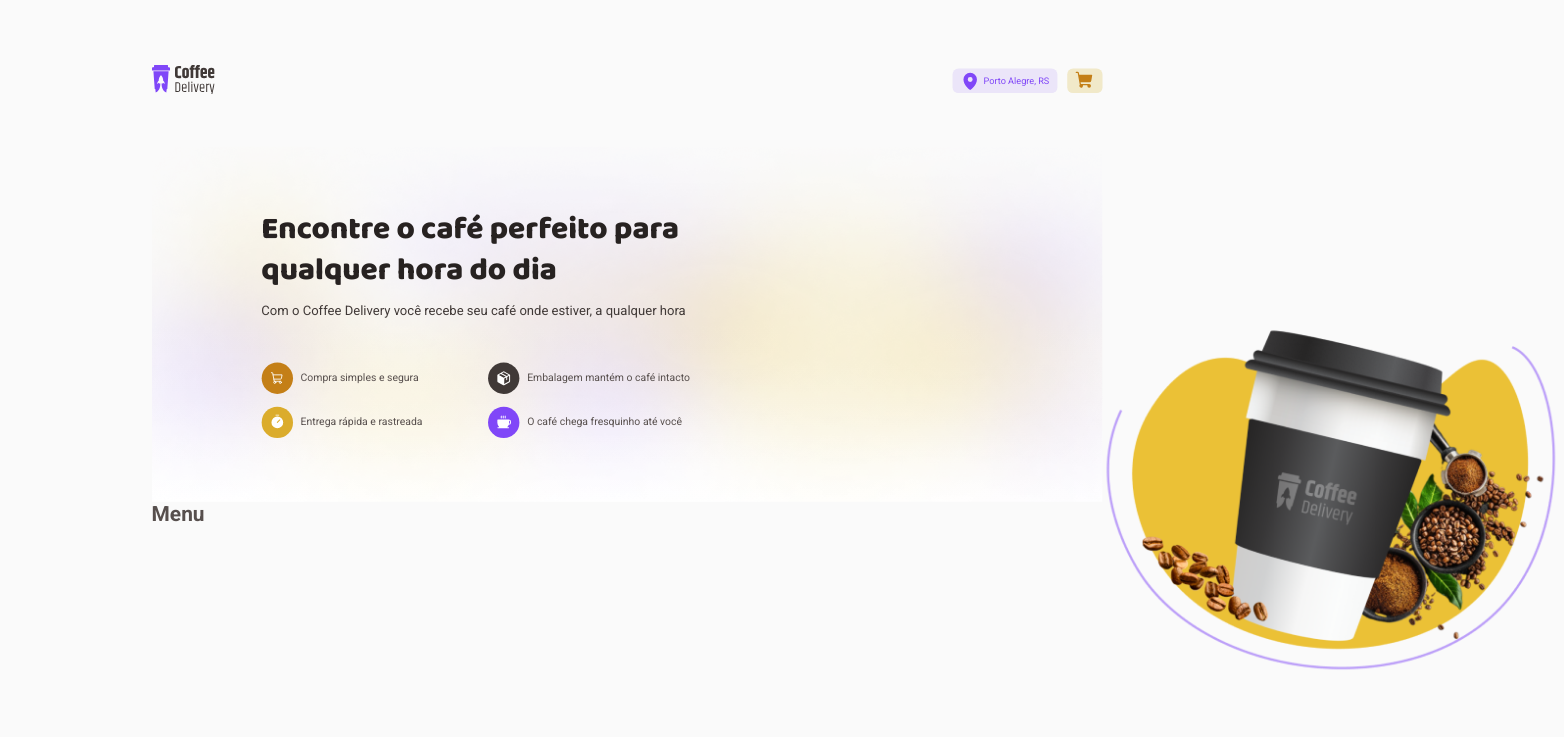
Repository: guilhermecardoso93/react-coffee-delivery
Page: /
An editor plug-in stored every save of this project. The page is shown before and after the next save, followed by the edit.
The browser window is 1280 px wide. The page is 1596 px wide, then 1358 px, so the pictures cover 1596 px, including what lies to the right of the window. The pictures show the whole page, at 98% of full size.
The project was rebuilt for these pictures with package versions that can differ from the ones it lists, and the page was loaded fresh each time. Also part of the build but not shown: vite.config.ts, src/pages/CompleteOrder/styles.ts, src/pages/CompleteOrder/index.tsx.

Above is the page before, as saved 2022-07-18 07:55:04.

### index.html
<!DOCTYPE html>
<html lang="en">
  <head>
    <meta charset="UTF-8" />
    <link rel="icon" type="image/svg+xml" href="/src/assets/favicon.ico" />
    <link rel="preconnect" href="https://fonts.googleapis.com" />
    <link rel="preconnect" href="https://fonts.gstatic.com" crossorigin />
    <meta name="viewport" content="width=device-width, initial-scale=1.0" />
    <link
      href="https://fonts.googleapis.com/css2?family=Baloo+2:wght@700;800&family=Roboto:wght@400;500;700&display=swap"
      rel="stylesheet"
    />
    <title>Coffee Delivery - Rocketseat</title>
  </head>
  <body>
    <div id="root"></div>
    <script type="module" src="/src/main.tsx"></script>
  </body>
</html>

### src/App.tsx
import { ThemeProvider } from "styled-components";
import { defaultTheme } from "./styles/themes/default";
import { GlobalStyle } from "./styles/global";
import { Router } from "./Router";
import { BrowserRouter } from "react-router-dom";

export function App() {
  return (
    <ThemeProvider theme={defaultTheme}>
      <BrowserRouter>
        <Router />
        <GlobalStyle />
      </BrowserRouter>
    </ThemeProvider>
  );
}

### src/styles/themes/default.ts
export const defaultTheme = {
  colors: {
    "white": "#FFFFFF",
    "base-background": "#FAFAFA",
    "base-card": "#F3F2F2",
    "base-input": "#EDEDED",
    "base-button": "#E6E5E5",
    "base-hover": "#D7D5D5",
    "base-label": "#8D8686",
    "base-text": "#574F4D",
    "base-subtitle": "#403937",
    "base-title": "#272221",
    "base-error": "#f84747",
    "brand-purple-dark": "#4B2995",
    "brand-purple": "#8047F8",
    "brand-purple-light": "#EBE5F9",
    "brand-yellow-dark": "#C47F17",
    "brand-yellow": "#DBAC2C",
    "brand-yellow-light": "#F1E9C9"
  },
  textSizes: {
    "title-title-xl": "3rem",
    "title-title-l": "2rem",
    "title-title-m": "1.5rem",
    "title-title-s": "1.2rem",
    "title-title-xs": "1.125rem",
    "text-regular-l": "1.25rem",
    "text-bold-l": "1.25rem",
    "text-regular-m": "1rem",
    "text-bold-m": "1rem",
    "text-regular-s": "0.875rem",
    "text-bold-s": "0.75rem",
    "components-tag": "0.625rem",
    "components-button-g": "0.875rem",
    "components-button-s": "0.75rem",
  },
  fonts: {
    regular: "'Roboto'",
    title: "'Baloo 2'",
  },
};

### src/styles/global.ts
import { createGlobalStyle } from "styled-components";
import { px2vw } from "../utils/px2vw";

export const GlobalStyle = createGlobalStyle`
  * {
    margin: 0;
    padding: 0;
    box-sizing: border-box;
    outline: none;
  }
  :root {
      font-size: ${px2vw(16)};

      @media (min-width: 768px) {
        font-size: ${px2vw(14)};
      }

      @media (min-width: 1024px) {
        font-size: ${px2vw(12)};
      }
    }
  body {
    background: ${({ theme }) => theme.colors["base-background"]};
    color: ${({ theme }) => theme.colors["base-text"]};
    -webkit-font-smoothing: antialiased;
  }
  body, input, textarea, button {
    font-family: 'Roboto', sans-serif;
    font-weight: 400;
    font-size: 1rem;
  }
  button {
    cursor: pointer;
  }
  a {
    text-decoration: none;
  }
  input::-webkit-outer-spin-button,
  input::-webkit-inner-spin-button {
    -webkit-appearance: none;
    margin: 0;
  }
  input[type="number"] {
    -moz-appearance: textfield;
  }
  ::-webkit-scrollbar {
    width: 0.4rem;
  }
  ::-webkit-scrollbar-track {
    background: ${({ theme }) => theme.colors["base-button"]}
  }
  ::-webkit-scrollbar-thumb {
    border-radius: 2rem;
    background: ${({ theme }) => theme.colors["brand-purple"]}
  }
`;

### src/Router.tsx
import { Route, Routes } from "react-router-dom";
import { DefaultLayout } from "./layouts/DefaultLayout";
import { CompleteOrder } from "./pages/CompleteOrder";
import { Home } from "./pages/Home";

export function Router() {
  return (
    <Routes>
      <Route path="/" element={<DefaultLayout />}>
        <Route path="/" element={<Home />} />
        <Route path="/completeorder" element={<CompleteOrder />} />
      </Route>
    </Routes>
  );
}

### src/utils/px2vw.ts
export const px2vw = (size: number, width = 1440) => `${(size / width) * 100}vw`;

### src/pages/Home/index.tsx
import { useTheme } from "styled-components";
import { Intro } from "./Intro";
import { Menu } from "./Menu";
import { HomeContainer } from "./styles";

interface BenefitItemProps {
  iconBg?: string;
}

export function Home({ iconBg }: BenefitItemProps) {

  return (
    <HomeContainer>
      <Intro />
      <Menu/>
    </HomeContainer>
  );
}

### src/components/Header/index.tsx
import { MapPin, ShoppingCart } from "phosphor-react";
import { NavLink } from "react-router-dom";
import Logo from "../../assets/logo.svg";
import { HeaderButton, HeaderButtonBase, HeaderContainer } from "./styles";

export function Header() {
  return (
    <HeaderContainer>
      <div>
        <NavLink to="/">
          <img
            src={Logo}
            alt="Coffee Delivery Logo - copo de café escrito delivery"
          />
        </NavLink>
      </div>
      <div>
        <HeaderButton>
          <HeaderButtonBase variant="purple">
            <MapPin size={20} weight="fill" />
            Porto Alegre, RS
          </HeaderButtonBase>
          <HeaderButtonBase variant="yellow">
            <NavLink to="/completeorder">
              <ShoppingCart size={20} weight="fill" />
            </NavLink>
          </HeaderButtonBase>
        </HeaderButton>
      </div>
    </HeaderContainer>
  );
}

### src/layouts/DefaultLayout/styles.ts
import styled from "styled-components";

export const LayoutContainer = styled.div`
  max-width: 80vw;
  height: calc(100vh - 1rem);
  margin: 2rem auto;
  padding: 2.5rem;
  gap: 3rem;

  display: flex;
  flex-direction: column;



  .container {
    width: 100%;
    max-width: 70rem;
    margin-right:auto;
    margin-left: auto;
  }
`;

### src/pages/Home/Intro/index.tsx
import { Coffee, MapPin, Package, ShoppingCart, Timer } from "phosphor-react";
import { RegularText } from "../../../components/Texts";
import { useTheme } from "styled-components";
import CoffeHome from "../../../assets/intro-img.png";
import {
  BenefitsContainer,
  IconList,
  IntroContainer,
  IntroContent,
  IntroTitle,
  CoffeeImgHome
} from "./styles";

interface BenefitItemProps {
  iconBg?: string;
}

export function Intro({ iconBg }: BenefitItemProps) {
  const { colors } = useTheme();

  return (
    <IntroContainer>
      <IntroContent className="container">
        <div>
          <section>
            <IntroTitle size="xl">
              Encontre o café perfeito para qualquer hora do dia
            </IntroTitle>
            <RegularText
              as="h3"
              size="l"
              color="subtitle"
              className="regularText"
            >
              Com o Coffee Delivery você recebe seu café onde estiver, a
              qualquer hora
            </RegularText>
          </section>
          <BenefitsContainer>
            <IconList iconBg={colors["brand-yellow-dark"]} className="area01">
              <div>
                <ShoppingCart size={14} />
              </div>
              <p>Compra simples e segura</p>
            </IconList>
            <IconList iconBg={colors["base-subtitle"]} className="area02">
              <div>
                <Package size={16} weight="fill" />
              </div>
              <p>Embalagem mantém o café intacto</p>
            </IconList>
            <IconList iconBg={colors["brand-yellow"]} className="area03">
              <div>
                <Timer size={16} weight="fill" />
              </div>
              <p>Entrega rápida e rastreada</p>
            </IconList>
            <IconList iconBg={colors["brand-purple"]} className="area04">
              <div>
                <Coffee size={16} weight="fill" />
              </div>
              <p>O café chega fresquinho até você</p>
            </IconList>
          </BenefitsContainer>
        </div>
      </IntroContent>
      <CoffeeImgHome>
        <img src={CoffeHome} />
      </CoffeeImgHome>
    </IntroContainer>
  );
}

### src/pages/Home/Menu/index.tsx
import { MenuContainer } from "./styles";

export function Menu() {

  return (
    <MenuContainer>
      <h1>Menu</h1>
    </MenuContainer>
  );
}

### src/pages/Home/styles.ts
import styled from "styled-components";

export const HomeContainer = styled.main`
  margin-bottom: 4.8rem;
  overflow: hidden;

`;

### src/components/Header/styles.ts
import styled, { css } from "styled-components";

export const HeaderContainer = styled.header`
  width: 100%;
  display: flex;
  align-items: center;
  justify-content: space-between;
  height: 6.5rem;
  background: ${({ theme }) => theme.colors["base-background"]};
  position: sticky;
  top: 0;
  left: 0;
  z-index: 5;

  img {
    width:6rem;
  }
`;

export const HeaderButton = styled.div`
  display: flex;
  align-items: center;
  justify-content: center;
  gap: 1rem;
`;

interface HeaderButtonProps {
  variant: "purple" | "yellow";
}

export const HeaderButtonBase = styled.div<HeaderButtonProps>`
  display: flex;
  justify-content: center;
  align-items: center;
  padding: 8px;
  gap: 4px;
  border-radius: 6px;
  border: none;
  min-width: 2.3rem;
  height: 2.3rem;
  position: relative;
  font-size: 0.875rem;

  ${({ variant, theme }) =>
    variant === "purple" &&
    css`
      background-color: ${theme.colors[`brand-${variant}-light`]};
      color: ${theme.colors[`brand-${variant}`]};
    `}

  ${({ variant, theme }) =>
    variant === "yellow" &&
    css`
      background-color: ${theme.colors[`brand-${variant}-light`]};
      svg {
        color: ${theme.colors[`brand-${variant}-dark`]};
      }
    `}
`;

### src/components/Texts.ts
import styled from "styled-components";

interface TitleTextProps {
  size?: "xl" | "l" | "m" | "s" | "xs";
  color?: "title" | "subtitle" | "text";
  weight?: string | number;
}

interface RegularTextProps {
  size?: "l" | "m" | "s";
  color?: "text" | "subtitle" | "label";
  weight?: string | number;
}

export const TitleText = styled.h1<TitleTextProps>`
  color: ${({ theme, color }) => theme.colors[`base-${color ?? "title"}`]};
  font-size: ${({ theme, size }) =>
    theme.textSizes[`title-title-${size ?? "m"}`]};
  font-family: ${({ theme }) => theme.fonts.title};
  line-height: 130%;
  font-weight: ${({ weight }) => weight ?? 800};
`;

export const RegularText = styled.p<RegularTextProps>`
  color: ${({ theme, color }) => theme.colors[`base-${color ?? "text"}`]};
  font-size: ${({ theme, size }) =>
    theme.textSizes[`text-regular-${size ?? "m"}`]};
  line-height: 130%;
  font-weight: ${({ weight }) => weight ?? 400};
`;

### src/pages/Home/Intro/styles.ts
import styled from "styled-components";
import background from "../../../assets/intro-background.png";
import { rgba } from "polished";
import { TitleText } from "../../../components/Texts";

interface IconsContainerProps {
  iconBg: string;
}

export const IntroContainer = styled.section`
  width: 100%;
  height: 34rem;
  padding: 0.5rem;
  background: ${({ theme }) => `url(${background}) no-repeat center,
      linear-gradient(
        0deg,
        ${theme.colors["white"]} 0%,
        ${rgba(theme.colors["base-background"], 0.2)} 50%,
        ${theme.colors["base-background"]} 100%
      )`};
  background-size: cover;
  display: flex;

  align-items: center;
  justify-content: center;
`;

export const IntroContent = styled.div`
  width: 90%;
  display: flex;
  flex: 1;
  align-items: center;
  justify-content: space-between;
  gap: 3.5rem;

  .regularText {
    width: 60%;
  }
`;
export const IntroTitle = styled(TitleText)`
  width: 60%;
  margin-bottom: 1rem;
`;

export const BenefitsContainer = styled.div`
  width: 63%;
  display: grid;
  grid-template-columns: 1fr 1fr;
  row-gap: 1.25rem;
  margin-top: 4.125rem;
`;

export const IconList = styled.span<IconsContainerProps>`
  display: flex;
  align-items: center;
  gap: 0.75rem;

  div {
    display: flex;
    flex-direction: row;
    justify-content: center;
    align-items: center;
    padding: 8px;
    gap: 8px;
    background: ${({ iconBg }) => iconBg};
    width: 32px;
    height: 32px;
    color: ${(props) => props.theme.colors["white"]};
    border-radius: 50%;
    border: none;
  }
  p {
    color: ${(props) => props.theme.colors["base-text"]};
  }
`;

export const CoffeeImgHome = styled.div`
  img {
    position: absolute;
    display: flex;
    align-items: center;
    justify-content: center;

    z-index: 1;
  }
`;

### src/pages/Home/Menu/styles.ts
import styled from "styled-components";

export const MenuContainer = styled.main``;

Loaded but not shown: src/main.tsx (common file); src/layouts/DefaultLayout/index.tsx (common file)

After the next save:
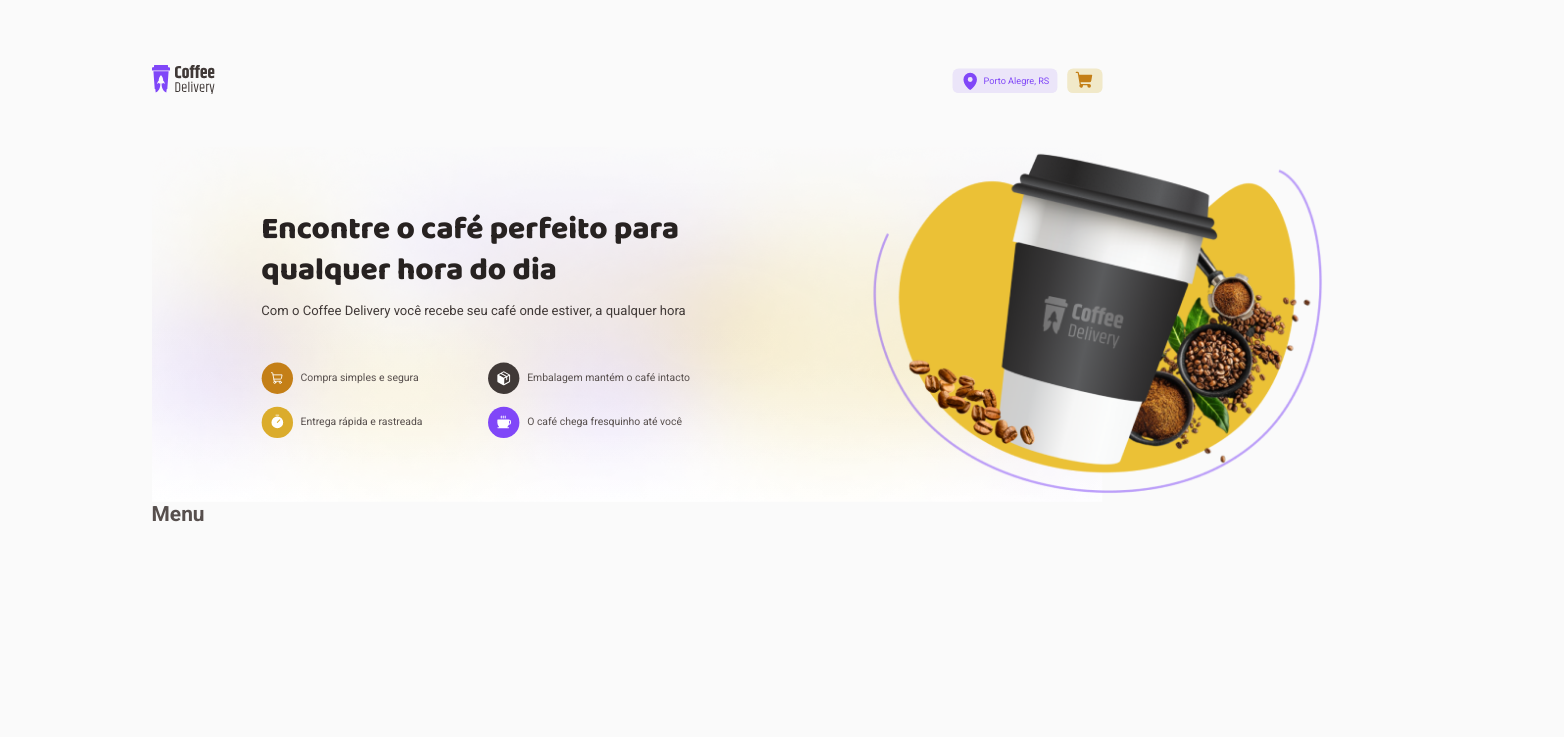
Saved 14 s later.
--- a/src/pages/Home/Intro/styles.ts
+++ b/src/pages/Home/Intro/styles.ts
@@ -75,11 +75,12 @@
 `;
 
 export const CoffeeImgHome = styled.div`
+display: flex;
+    align-items: center;
+    justify-content: center;
   img {
     position: absolute;
-    display: flex;
-    align-items: center;
-    justify-content: center;
+
 
     z-index: 1;
   }
